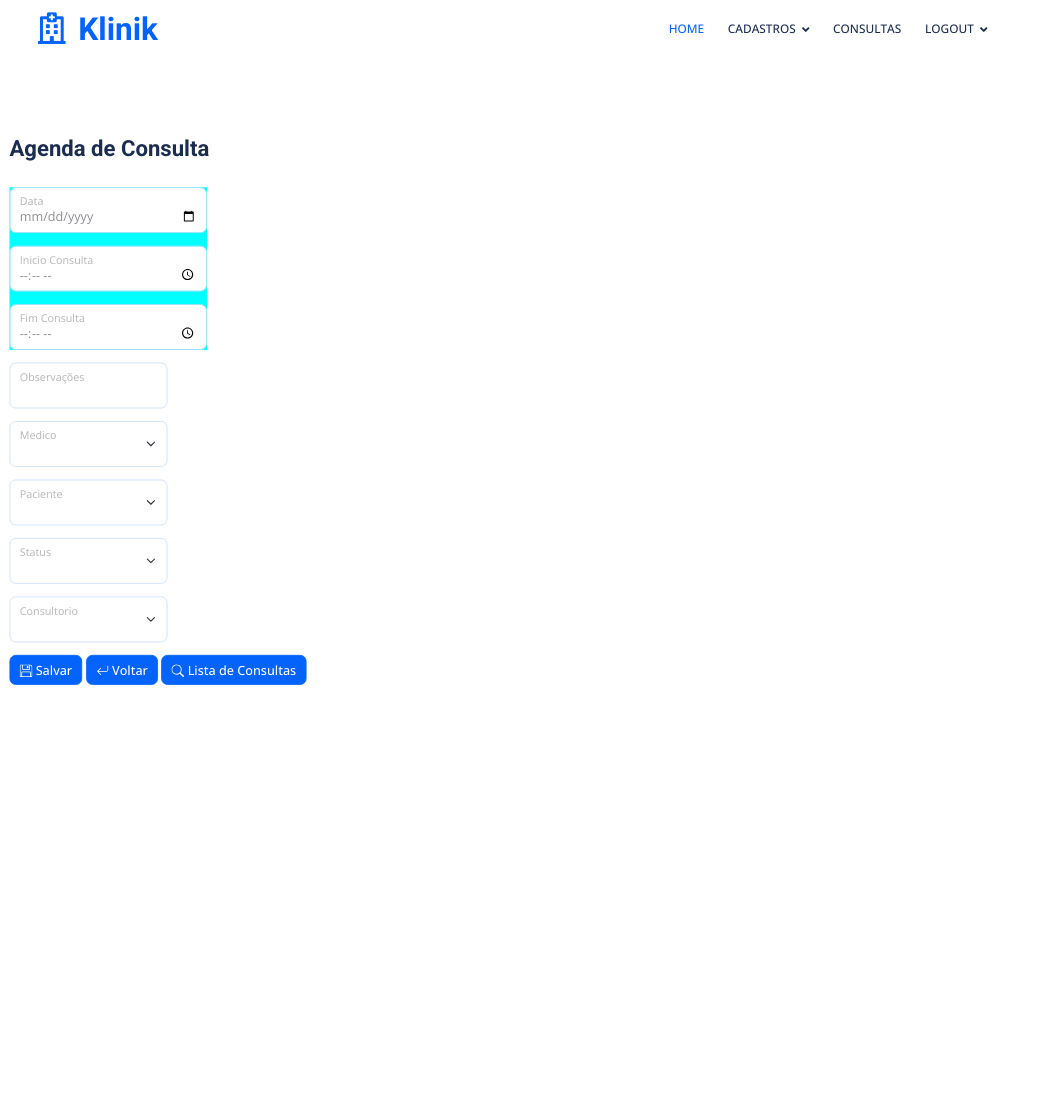
Repository: henrickrufino91/AgendaConsultas
Page: http://localhost/consulta/novaConsulta
These files come from the project's save history. The page is drawn as it stood at one moment and after the next save; the edit follows.
The browser window is 1280 px wide. The page is 1331 px wide, so the pictures cover 1331 px, including what lies to the right of the window. The pictures show the whole page, at 79% of full size.
Some web libraries are served in a nearby version. The page is this project's Thymeleaf template; nobody is signed in. The template is opened directly, without the code that normally fills it, so the values that code supplies are empty.

Above is the page before, as saved 2024-12-27 03:54:20.

After the next save:
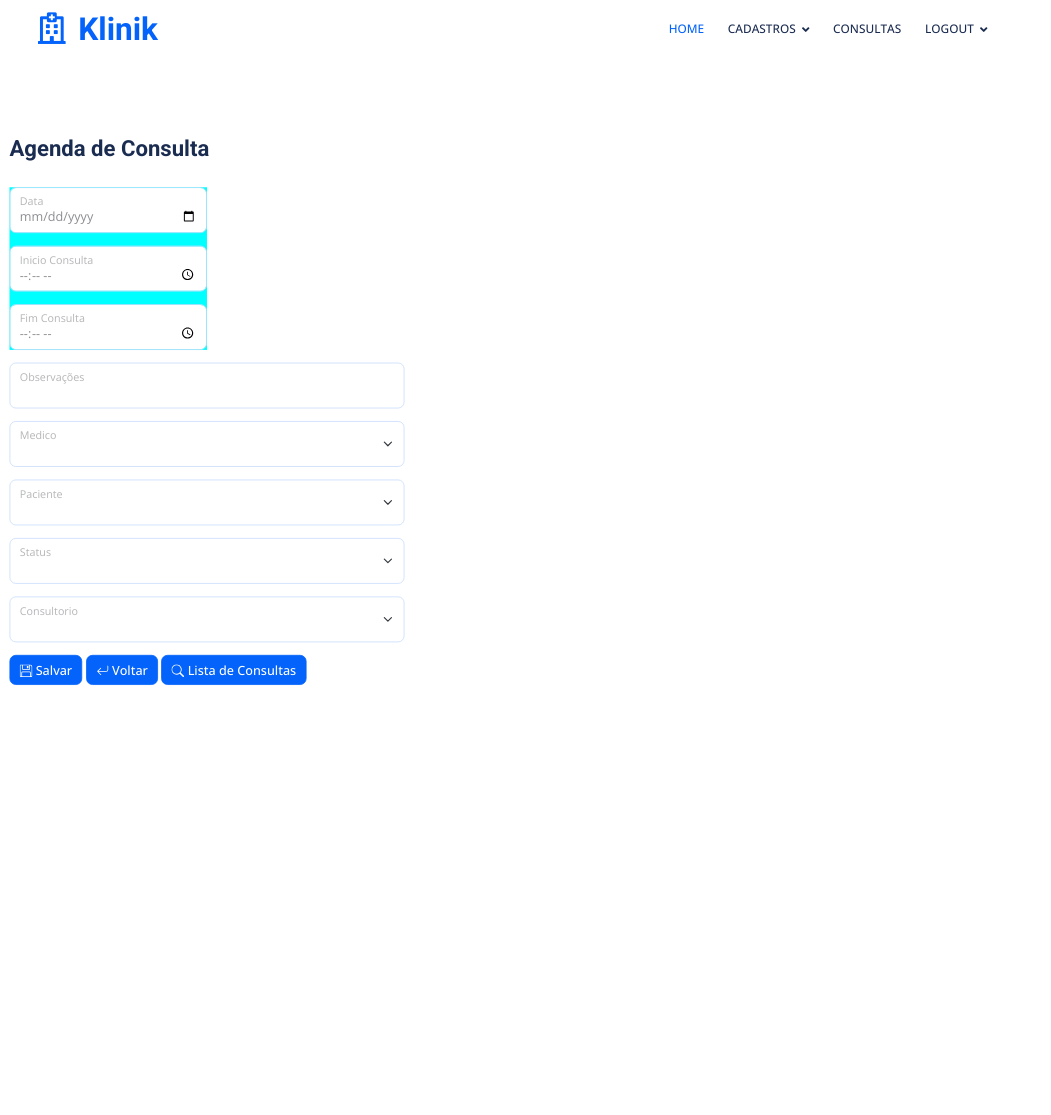
Saved 12 s later.
--- a/clinica/src/main/resources/templates/consulta/novaConsulta.html
+++ b/clinica/src/main/resources/templates/consulta/novaConsulta.html
@@ -130,7 +130,7 @@
 
                                             </div>
 
-                                            <div style="width: 200px">
+                                            <div style="width: 500px">
 
                                              <div class="form-floating mb-3" id="a1">
                                                 <input class="form-control" th:field="*{observacoes}" id="inputEmail" type="text" />
